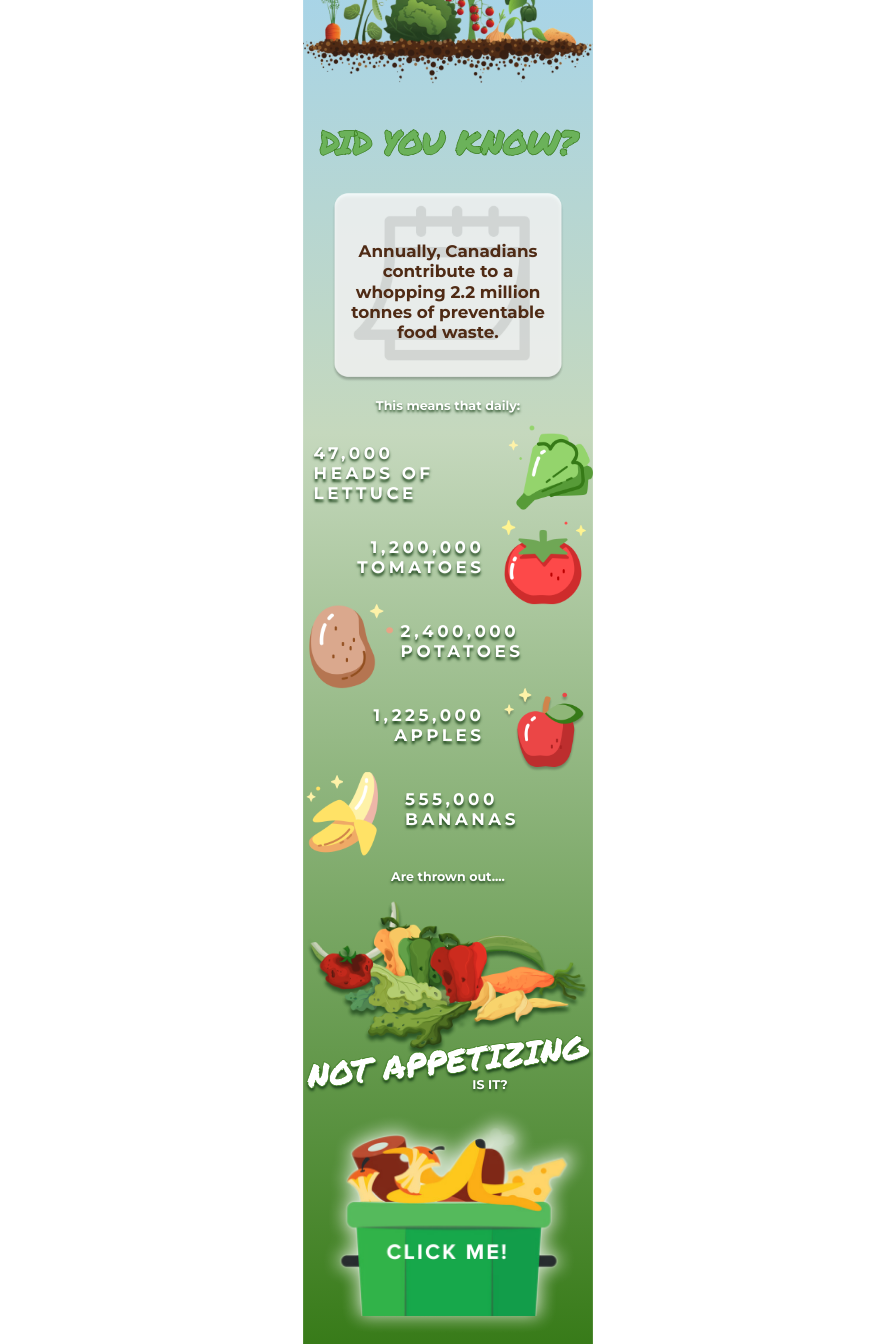
Repository: zoelake/DCDmidterm
Page: page1/index.html
The author's editor kept a copy of each file at every save. The page is drawn from the files as they stood at one save, then again after the next save.
The browser window is 1280 px wide. The pictures show the part of the page from y = 680 to 2600 px (the page is 2600 px tall), at 70% of full size.

Above is the page before, as saved 2021-03-06 18:01:52.

### page1/index.html
<!DOCTYPE html>
<html lang="en">

<head>
    <meta charset="UTF-8">
    <meta http-equiv="X-UA-Compatible" content="IE=edge">
    <meta name="viewport" content="width=device-width, initial-scale=1.0">
    <title>Midterm project</title>
    <link rel="stylesheet" href="./style.css">
    <link rel="preconnect" href="https://fonts.gstatic.com">
    <link href="https://fonts.googleapis.com/css2?family=Montserrat:wght@300&display=swap" rel="stylesheet">
    <link rel="preconnect" href="https://fonts.gstatic.com">
    <link href="https://fonts.googleapis.com/css2?family=Montserrat:wght@300;700&display=swap" rel="stylesheet">
    <link rel="preconnect" href="https://fonts.gstatic.com">
    <link href="https://fonts.googleapis.com/css2?family=Permanent+Marker&display=swap" rel="stylesheet">
</head>

<body>

    <div id="main">
        <img id="cloud" alt="cloud" src="images/cloud.png">
        <img id="graphic1"
            alt="The impact of the food supply chain on our environment & why you should go grow your own food"
            src="images/graphic1.png">
        <img id="garden" alt="veggie garden" src="images/garden.png">
        <h2 id="text-fact">DID YOU KNOW?</h2>
        <img id="calendar" alt="calendar icon" src="images/calendar.png">
        <p id="calendar-text">Annually, Canadians contribute to a whopping 2.2 million tonnes of preventable food waste.
        </p>
        <p class="list-text">This means that daily:</p>

        <div id="lettuce" class="produce-left">
            <!-- <img class="food" id="lettuce-img" onmouseover="HoverUp()" onmouseout="HoverDown()"
                src="./images/lettuce.png"> -->

            <p class="text-left">47,000<br>HEADS OF LETTUCE</p>
        </div>

        <div class="produce-right">
            <p class="text-right">1,200,000<br>TOMATOES</p>
            <img class="food left-food" src="./images/tomatoe.png" id="tomatoe-img" onmouseover="HoverTomUp()"
                onmouseout="HoverTomDown()">
        </div>

        <div class="produce-left">
            <img class="food" id="potatoe" src="./images/potatoe.png" onmouseover="HoverPotUp()"
                onmouseout="HoverPotDown()">
            <p class="text-left short-text">2,400,000<br>POTATOES</p>
        </div>

        <div class="produce-right">
            <p class="text-right">1,225,000<br>APPLES</p>
            <img class="food left-food" src="./images/apple.png" id="apple-img" onmouseover="HoverAppUp()"
                onmouseout="HoverAppDown()">
        </div>

        <div class="produce-left">
            <img class="food" id="banana" src="./images/banana.png" onmouseover="HoverBanUp()"
                onmouseout="HoverBanDown()">
            <p class="text-left short-text">555,000<br>BANANAS</p>
        </div>

        <p class="list-text">Are thrown out....</p>

        <img id="rotten-veggies" alt="rotten veggies" src="images/rotten-veggies.png">
        <h2 id="text-waste">NOT APPETIZING</h2>
        <p id="waste" class="list-text">IS IT?</p>

        <img id="basket" alt="shopping basket" src="images/basket.png">


    </div>
    <script src="animate.js"></script>
    <script src="image.js"></script>
    <script src="workflow.js"></script>
</body>

</html>

### page1/style.css
html, body {
  margin:0;
  /* overflow-y: hidden; */
}

body {
  display: flex;
  justify-content: center;
  align-items: center;
}

#main{
  position: relative;
  width: 414px;
  height: 2600px;
  background-image: linear-gradient(#65A9D9, #A7D4E9, #C5D8BD, #7EAA6A, #387B19);
}

img{
    width: 100%;
}

h2{
    text-align: center;
    font-size: 46px;
    left: 4px;
    font-family: 'Permanent Marker', cursive;
    -webkit-text-stroke-width: 1px;
    -webkit-text-stroke-color: #367A17;
}

#text-fact{
    color: #6BB25A;
}

#text-waste{
    color: white;
    text-shadow: 0px 4px 4px #1F471E;
    position: absolute;
    top: 2125px;
    transform: rotate(-6deg);
}

#waste{
    position: relative;
    left: 60px;
}

#calendar{
    width: 80%;
    padding: 0 10%;
}

#calendar-text{
    position: absolute;
    width: 76%;
    padding: 0 12%;
    text-align: center;
    top: 1000px;
    z-index: 2;
    color: #4F2B15;
}

p{
    color: white;
    font-family: 'Montserrat', sans-serif;
    font-weight: 900;
    font-size: 24px;
}

.list-text{
    font-size: 18px;
    text-align: center;
    text-shadow: 0px 4px 4px #1F471E;
}

.produce-left{
    display: flex;
    flex-direction: row;
    justify-content: center;
    left: 0;
    width: 100%;
}

.produce-right{
    display: flex;
    position: relative;
    flex-direction: row;
    justify-content: flex-end;
    width: 100%;
    right: 0;
}

.food{
   position: relative;
   width: 120px;
   height: 120px;
}

.text-left, .text-right{
    text-shadow: 0px 4px 4px #1F471E;
    letter-spacing: 5px;
}

.text-left {
    position: relative;
    left: 15px;
}

.short-text{
    position: relative;
    left: -40px;
}

.text-right {
   position: relative;
   right: 35px;
   text-align: right;
}

#banana {
    left: -70px;
}

#potatoe {
    left: -50px;
}

.left-food {
    position: relative;
    right: 10px;
}

### page1/animate.js
var lettuce = document.querySelector("#lettuce-img");
var tomatoe = document.querySelector("#tomatoe-img");
var potatoe = document.querySelector("#potatoe");
var apple = document.querySelector("#apple-img");
var banana = document.querySelector("#banana");

function HoverUp() {
    lettuce.style.bottom = "15px";
}

function HoverDown() {
    lettuce.style.bottom = "0px";
}

function HoverTomUp() {
    tomatoe.style.bottom = "15px";
}

function HoverTomDown() {
    tomatoe.style.bottom = "0px";
}

function HoverPotUp() {
    potatoe.style.bottom = "15px";
}

function HoverPotDown() {
    potatoe.style.bottom = "0px";
}

function HoverAppUp() {
    apple.style.bottom = "15px";
}

function HoverAppDown() {
    apple.style.bottom = "0px";
}

function HoverBanUp() {
    banana.style.bottom = "15px";
}

function HoverBanDown() {
    banana.style.bottom = "0px";
}

### page1/image.js
function ImageUI(img = "lettuce") {
    return `
    <img class="food" id="lettuce-img" onmouseover="HoverUp()" onmouseout="HoverDown()"
                src="./images/${img}.png">

    `
}

function HoverUp() {
    lettuce.style.bottom = "15px";
}

function HoverDown() {
    lettuce.style.bottom = "0px";
}

### page1/workflow.js
document.querySelector("#lettuce").innerHTML += ImageUI();

After the next save:
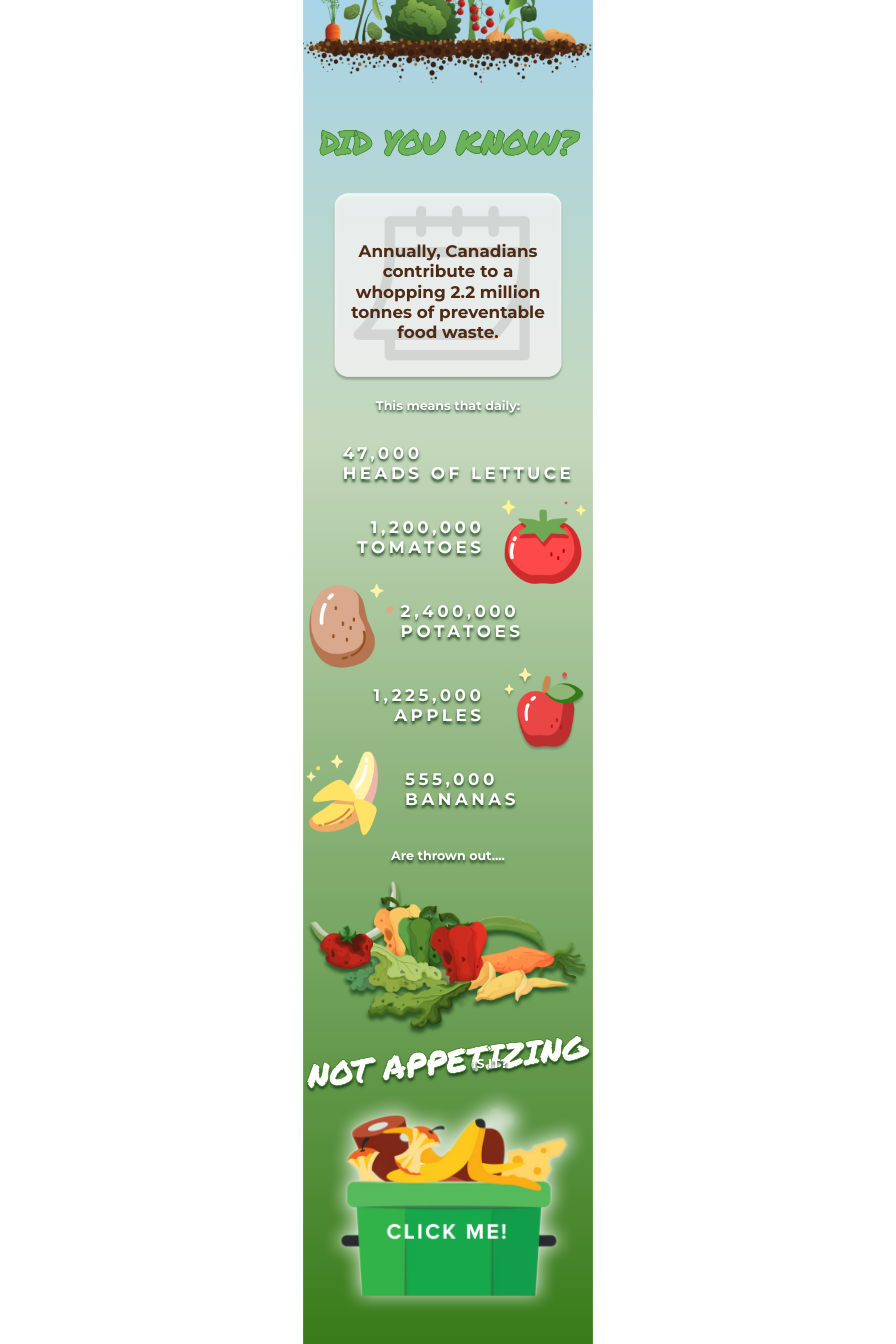
Console error: SyntaxError: Unexpected token '{'
Saved 36 s later.
--- a/page1/image.js
+++ b/page1/image.js
@@ -6,10 +6,10 @@
     `
 }
 
-function HoverUp() {
+ImageUI.HoverUp() {
     lettuce.style.bottom = "15px";
 }
 
-function HoverDown() {
+ImageUI.HoverDown() {
     lettuce.style.bottom = "0px";
 }

After the save that followed:
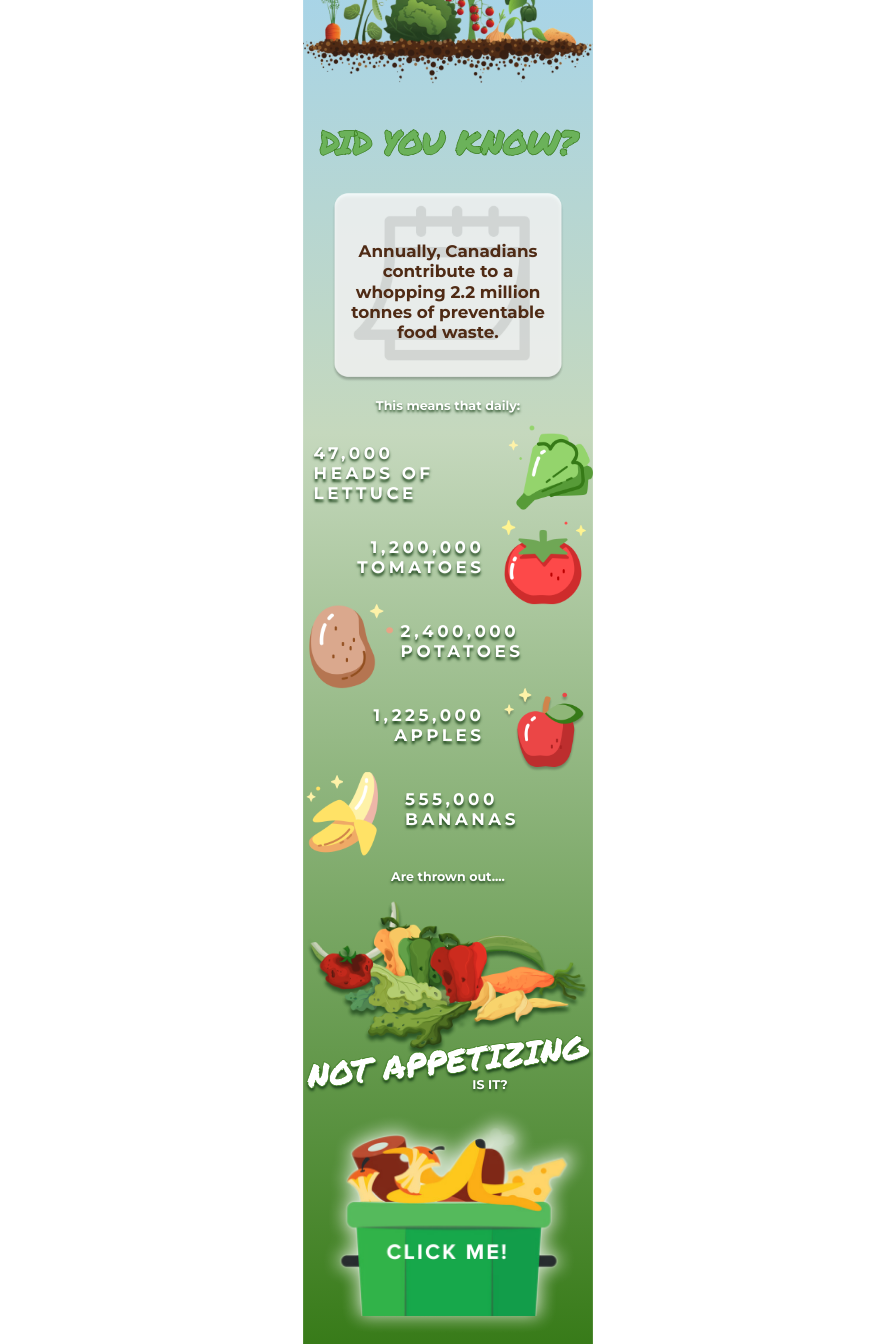
The error is gone.
Saved 43 s later.
--- a/page1/image.js
+++ b/page1/image.js
@@ -6,10 +6,10 @@
     `
 }
 
-ImageUI.HoverUp() {
-    lettuce.style.bottom = "15px";
+ImageUI.HoverUp = (el) => {
+    el.style.bottom = "15px";
 }
 
-ImageUI.HoverDown() {
-    lettuce.style.bottom = "0px";
+ImageUI.HoverDown = (el) => {
+    el.style.bottom = "0px";
 }
